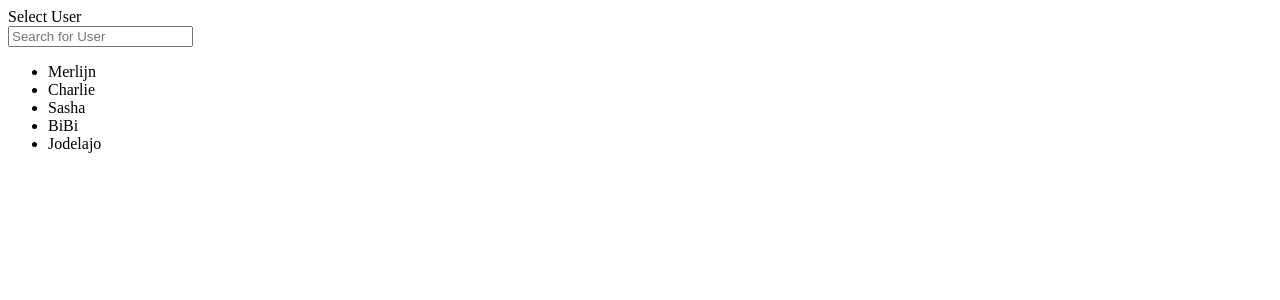
Repository: jodelajo/nuxt-filter-tutorial
Page: /
The author's editor kept a copy of each file at every save. The page is drawn from the files as they stood at one save, then again after the next save.
The browser window is 1280 px wide. The pictures show the whole page.
The project was rebuilt for these pictures with package versions that can differ from the ones it lists, and the page was loaded fresh each time. The framework's server and built-in components were replaced by stand-ins that run in the browser. Also part of the build but not shown: nuxt.config.js, components/NuxtLogo.vue, components/Tutorial.vue.

Above is the page before, as saved 2021-12-11 12:10:17.

### pages/index.vue
<template>
  <section class="dropdown wrapper">
    <div class="selected-item">
      <span>Select User</span>
    </div>
    <div class="dropdown-popover">
      <input v-model="searchQuery" type="text" placeholder="Search for User">
      <div class="options">
        <ul>
          <li>Merlijn</li>
          <li>Charlie</li>
          <li>Sasha</li>
          <li>BiBi</li>
          <li>Jodelajo</li>
        </ul>
      </div>
    </div>
  </section>
</template>

<script>
export default {}
</script>

<style scoped>
.dropdown-wrapper {
  max-width: 350px;
  position: relative;
  margin: 0 auto;
}
</style>

After the next save:
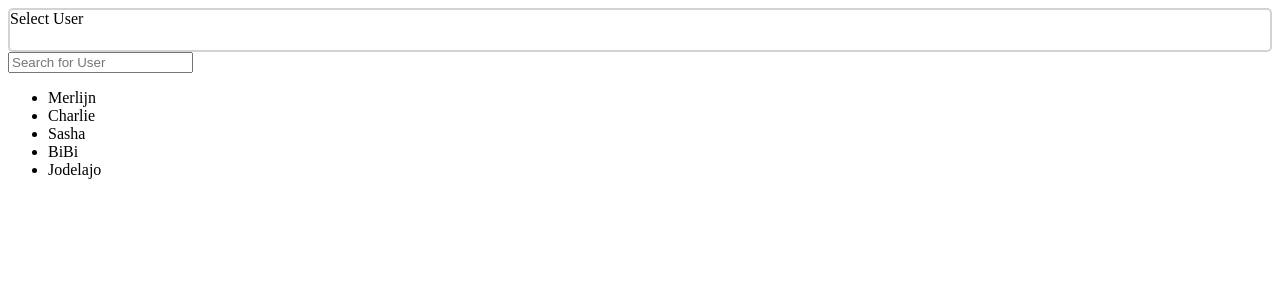
Saved 69 s later.
--- a/pages/index.vue
+++ b/pages/index.vue
@@ -28,4 +28,9 @@ export default {}
   position: relative;
   margin: 0 auto;
 }
+.selected-item {
+  height: 40px;
+  border: 2px solid lightgray;
+  border-radius: 5px;
+}
 </style>
